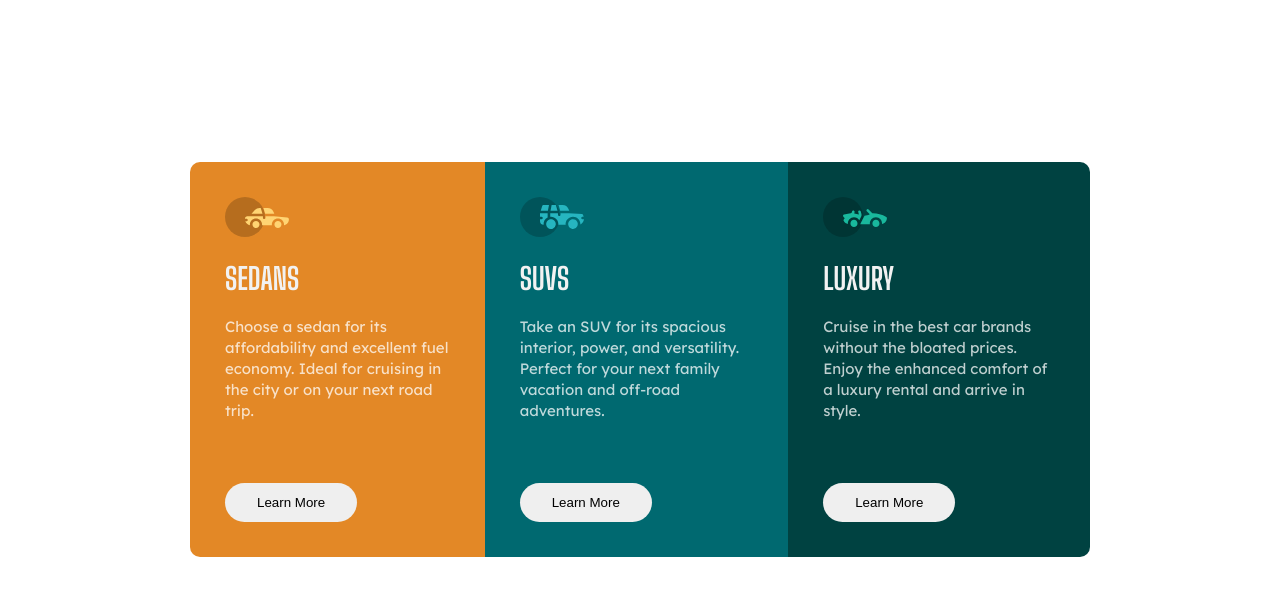
Repository: thaibaocoder1/3-column-card
Page: index.html
An editor plug-in stored every save of this project. The page is shown before and after the next save, followed by the edit.
The browser window is 1280 px wide. The pictures show the whole page.

Above is the page before, as saved 2023-01-11 21:04:19.

After the next save:
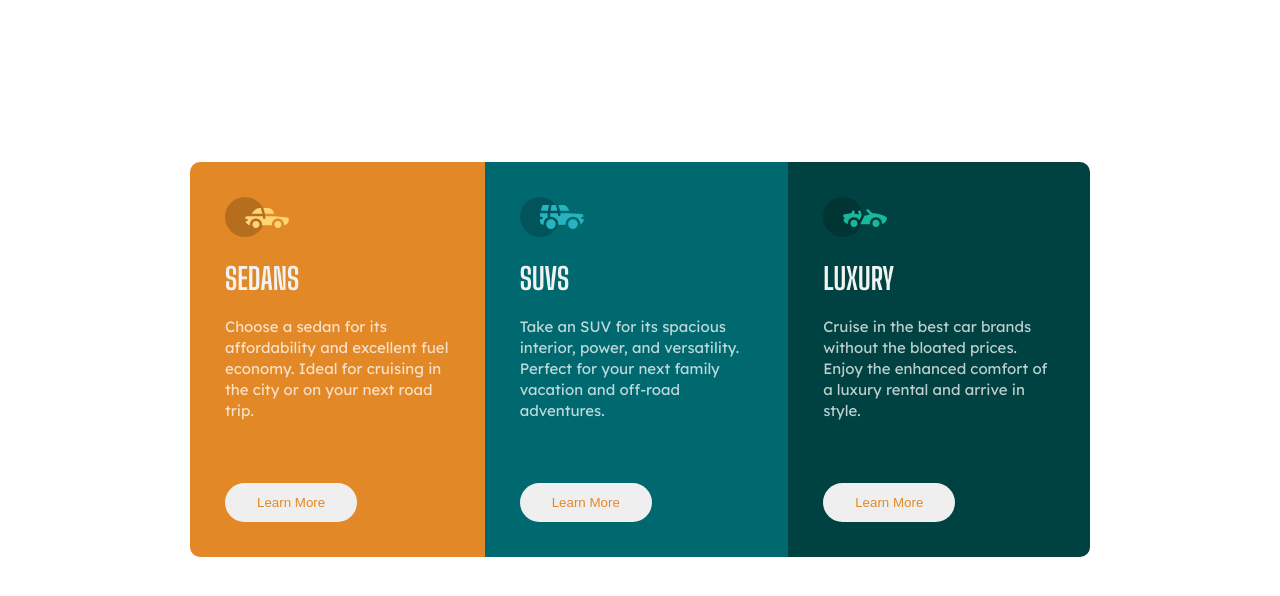
Saved 19 s later.
--- a/styles.css
+++ b/styles.css
@@ -62,4 +62,5 @@
     padding: 1.2rem 3.2rem;
     border: none;
     border-radius: 2rem;
+    color: var(--bright-orange);
 }

After the save that followed:
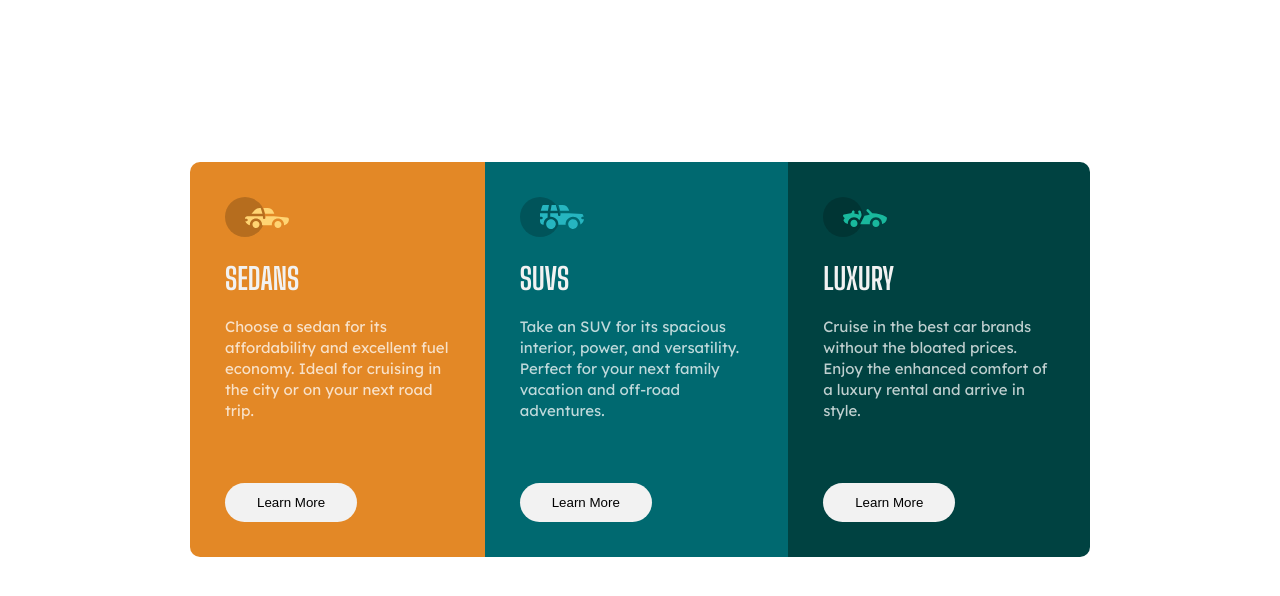
Saved 13 s later.
--- a/styles.css
+++ b/styles.css
@@ -62,5 +62,5 @@
     padding: 1.2rem 3.2rem;
     border: none;
     border-radius: 2rem;
-    color: var(--bright-orange);
+    background-color: var(--light-gray);
 }
